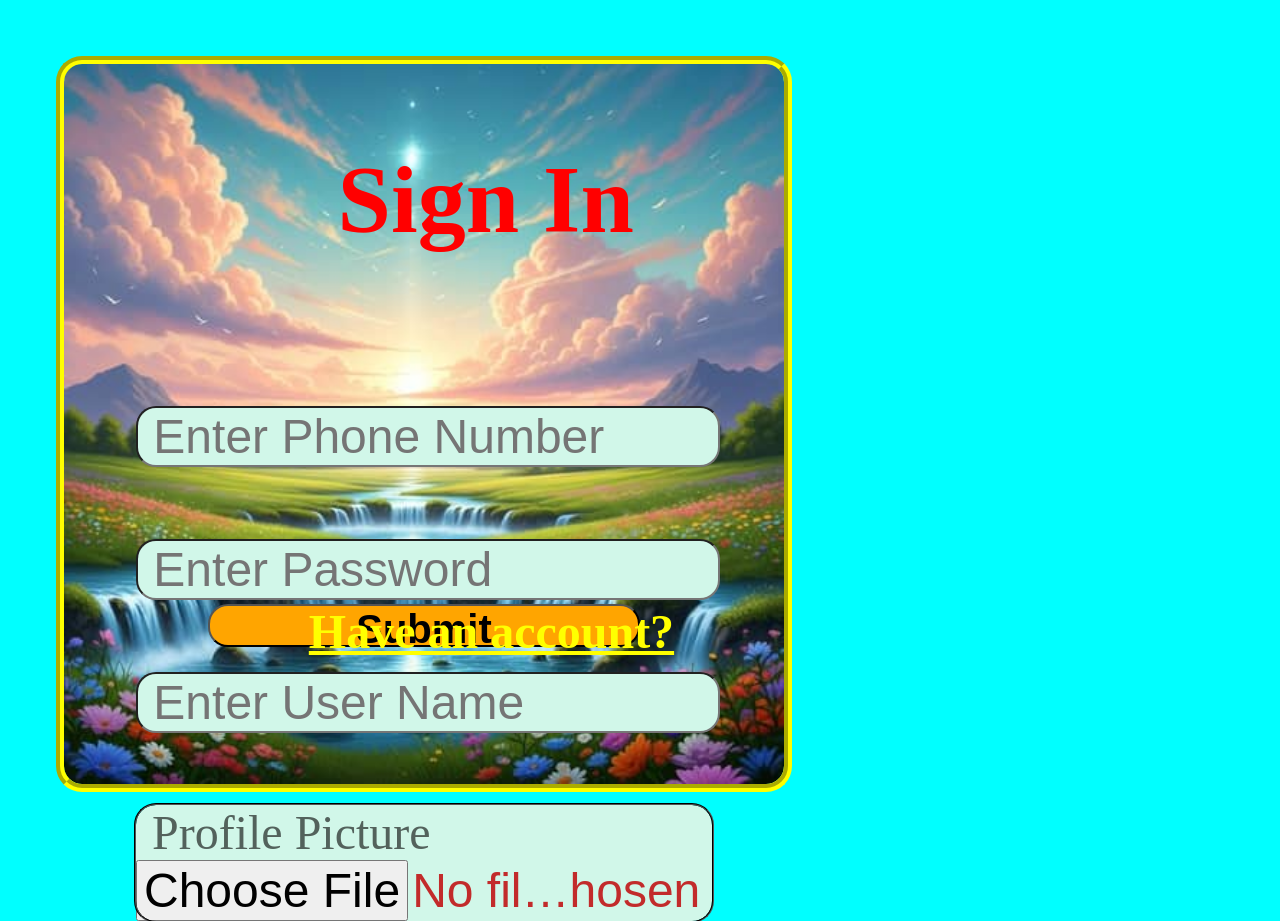
Repository: Amani-Kibet/express-app-web
Page: pages/signup/signIn.html
The author's editor kept a copy of each file at every save. The page is drawn from the files as they stood at one save, then again after the next save.
The browser window is 1280 px wide. The pictures show the whole page.

Above is the page before, as saved 2025-09-28 18:13:04.

### pages/signup/signIn.html
<!DOCTYPE html>
<head>
  <meta name="viewport" content="width= device-width, initial-scale=1.0"/>
  <title> Login Page</title>
  <style>
    body{
      min-height: 100vh;
      min-width: 100vh;
      background-color: cyan;
    }
  #board{
    background: url(/pictures/p1.png);
    background-size: cover;
    max-height: 100vh;
      max-width: 100vh;
    border-radius: 18px;
    outline: 8px groove yellow;
    position: absolute;
    top: 4rem;
    left: 4rem;
  }
  h2{
    color: red;
    position: relative;
    left: 38%;
    font-size: 6rem
  }
  .inputs{
    width: 80%;
    height: 6%;
    position: relative;
    left: 10%;
    margin-top: 10%;
    border-radius: 20px;
    color: blue;
    font-size: 3em;
    background-color: rgb(209, 247, 233);
  }
  #picC{
    display: flex;
    flex-direction: column;
    height: 14%;
    gap: 10%;
    height: 8%;
    outline: 2px groove black;
    color: rgb(194, 43, 43);
  }
  #picI{
    font-size: 1em;
  }
  #picT{
    font-size: 1em;
    opacity: 0.6;
    font-style: normal;
    position: relative;
    left: 1rem;
    color: black;
  }
  #submit{
    background: orange;
    position: absolute;
    width: 60%;
    height: 6%;
    top: 75%;
    left: 20%;
    border-radius: 20px;
    font-size: 2.5em;
    font-weight: bold;
  }
  #msg{
    background: lightblue;
    width: 70%;
    height: 50%;
    border-radius: 10px;
    position: absolute;
    bottom: 30%;
    left: 15%;
    outline: 4px groove yellow;
    display: none;
  }
  .prog{
    border-radius: 100%;
    position: absolute;
    top: 4%;
    left: 4%;
    outline: 20px groove yellow;
    font-size: 8em;
  }
  #prog2{
      transform: rotateY(90deg)
  }
  #progC{
    transform-style: preserve-3d;
    animation: spin 4s ease-in-out infinite;
  }
  #msgT{
    position: relative;
    top: 36%;
    left: 10%;
    color: blue;
    font-weight: bold;
    font-size: 4em;
    width: 80%;
    height: 20%;
  }
  #loginT{
    position: relative;
    top: 20%;
    left: 12%;
    color: rgb(255, 60, 0);
    font-weight: 500;
    font-size: 5em;
    width: 80%;
    height: 25%;
  }
  .links{
    position: absolute;
    font-weight: 800;
    font-size: 3em;
    color: yellow;
    top: 75%;
    left: 34%
  }
  @keyframes spin{
    0%{transform: rotateY(0deg) rotateX(0deg) translateX(0px)}
    50%{transform: rotateY(360deg) rotateX(60deg) translateX(50px)}
    100%{transform: rotateY(0deg) rotateX(0deg) translateX(0px)}
  }
  </style>
</head>
<body>
  <div id="board">
    <h2>Sign In</h2>
    <input type="number" class="inputs" id="phoneI" placeholder=" Enter Phone Number">
    <input type="password" class="inputs" id="passI" placeholder=" Enter Password">
    <input type="text" class="inputs" id="nameI" placeholder=" Enter User Name">
    <div id="picC" class="inputs">
      <i id="picT">Profile Picture</i>
    <input id="picI" type="file" name="image">
    </div>
  <button id="submit" onclick="f1()">Submit</button>
  <a class="links" id="link1" href="/pages/signup/logIn.html">Have an account?</a>
    <div id="msg">
      <div id="progC">
        <div id="prog1" class="prog">🔴</div>
      <div id="prog2" class="prog">🟢</div>
      </div>
      <p id="loginT">Please wait...</p>
      <h3 id="msgT">No text returned</h3>
    </div>
  </div>
</body>
<script>
  let bt1= document.getElementById("submit")
  let msgT= document.getElementById("msgT")
  let msg= document.getElementById("msg")

function f1(){
  let phoneI= document.getElementById("phoneI").value;
  let passI= document.getElementById("passI").value;
  let nameI= document.getElementById("nameI").value;
  let picI= document.getElementById("picI").files[0];

  let folder= new FormData()
  folder.append("image", picI)
  folder.append("json", JSON.stringify({phone: `${phoneI}`, pass: `${passI}`, name: `${nameI}`}))


  fetch("/path1", {
    method: "POST",
    body: folder
  })
  .then(type=> type.text())
  .then(data=> {
  msg.style.display="block";
  msgT.innerHTML=`${phoneI} ${data}`
  setTimeout(()=>{
  msg.style.display="none";
  window.location.href="/pages/signup/login.html"
}, 8000);
})

  fetch("/path2", {
    method: "POST",
    body: env
  });

}
</script>
</html>

After the next save:
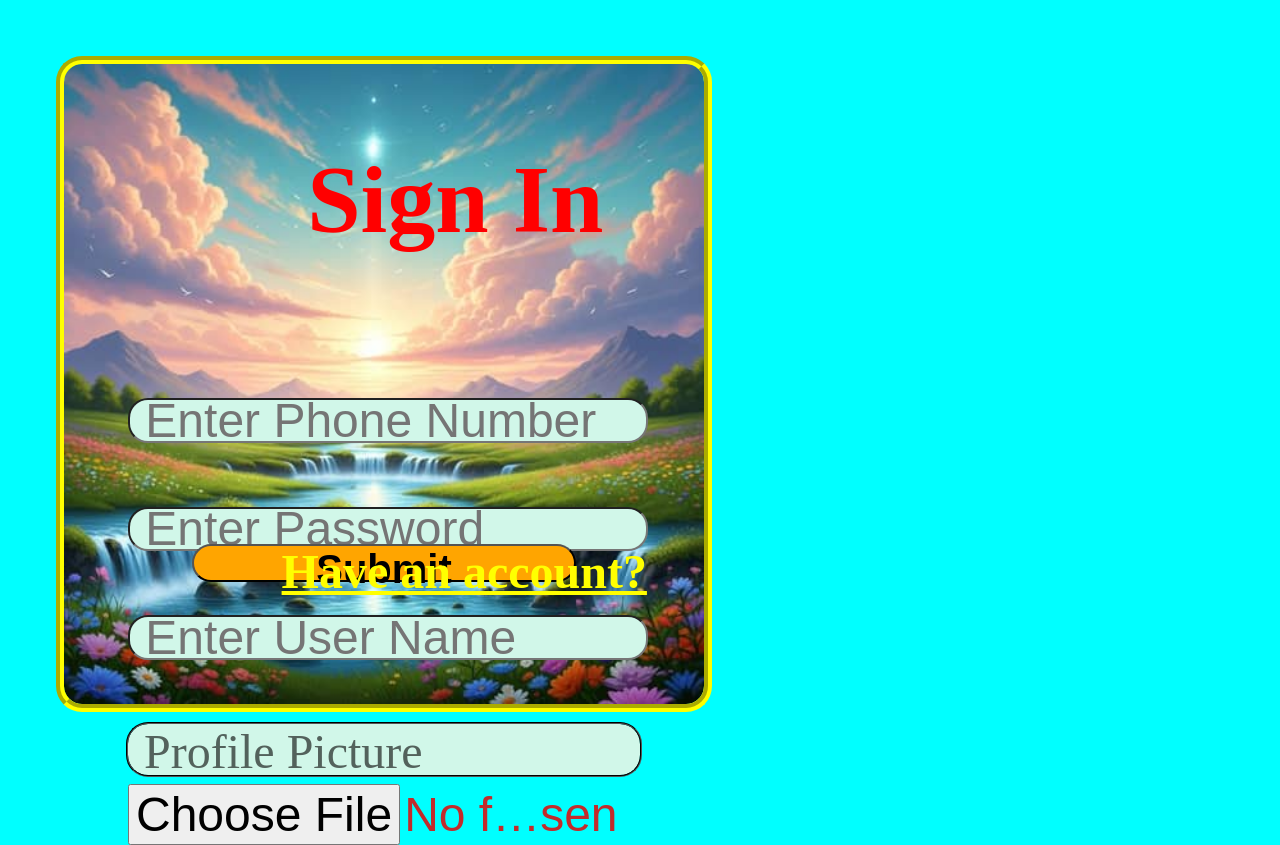
Saved 49 s later.
--- a/pages/signup/signIn.html
+++ b/pages/signup/signIn.html
@@ -4,15 +4,13 @@
   <title> Login Page</title>
   <style>
     body{
-      min-height: 100vh;
-      min-width: 100vh;
       background-color: cyan;
     }
   #board{
     background: url(/pictures/p1.png);
     background-size: cover;
-    max-height: 100vh;
-      max-width: 100vh;
+    width: 50vw;
+    height: 50vw;
     border-radius: 18px;
     outline: 8px groove yellow;
     position: absolute;
